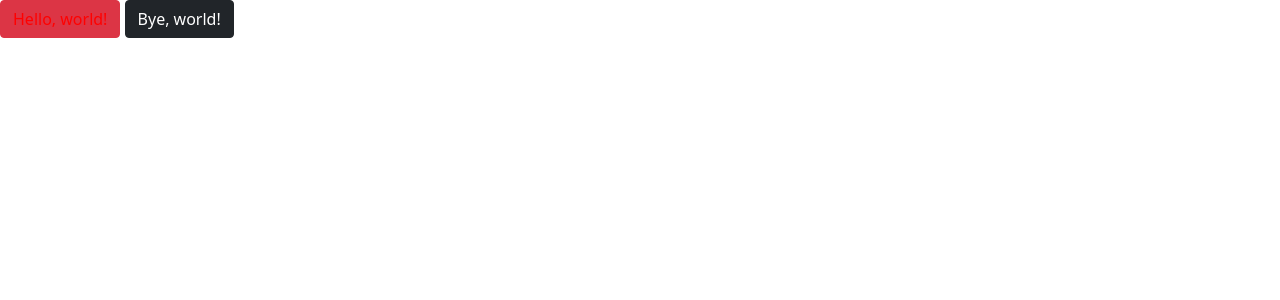
Repository: mobey3/JspProject
Page: http://localhost/JS_JSP/
These files come from the project's save history. The page is drawn as it stood at one moment and after the next save; the edit follows.
The browser window is 1280 px wide. The pictures show the whole page.
The page is served by Tomcat 9.

Above is the page before, as saved 2021-07-20 01:34:30.

After the next save:
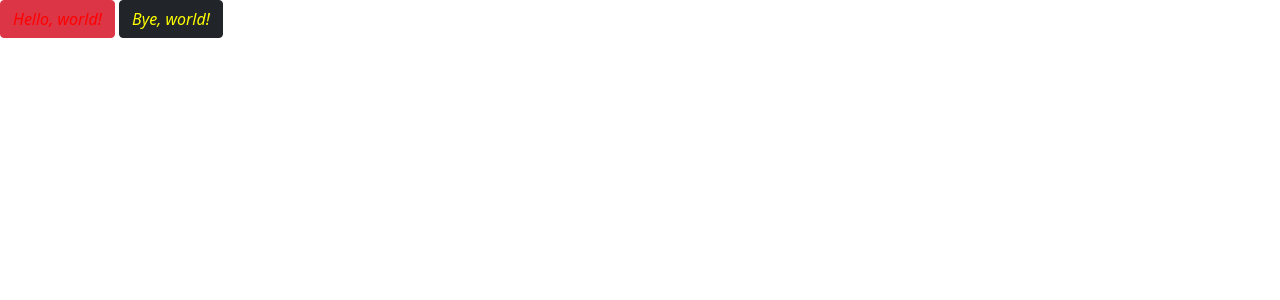
Saved 82 s later.
--- a/0720/JS_JSP/src/main/webapp/index.jsp
+++ b/0720/JS_JSP/src/main/webapp/index.jsp
@@ -15,6 +15,13 @@
     	#Hello {
     	color : red;
     	}
+    	#Bye {
+    	color : yellow;
+    	}
+    	.btn{
+    	font-style : italic
+    	}
+
 
     </style>
   </head>
